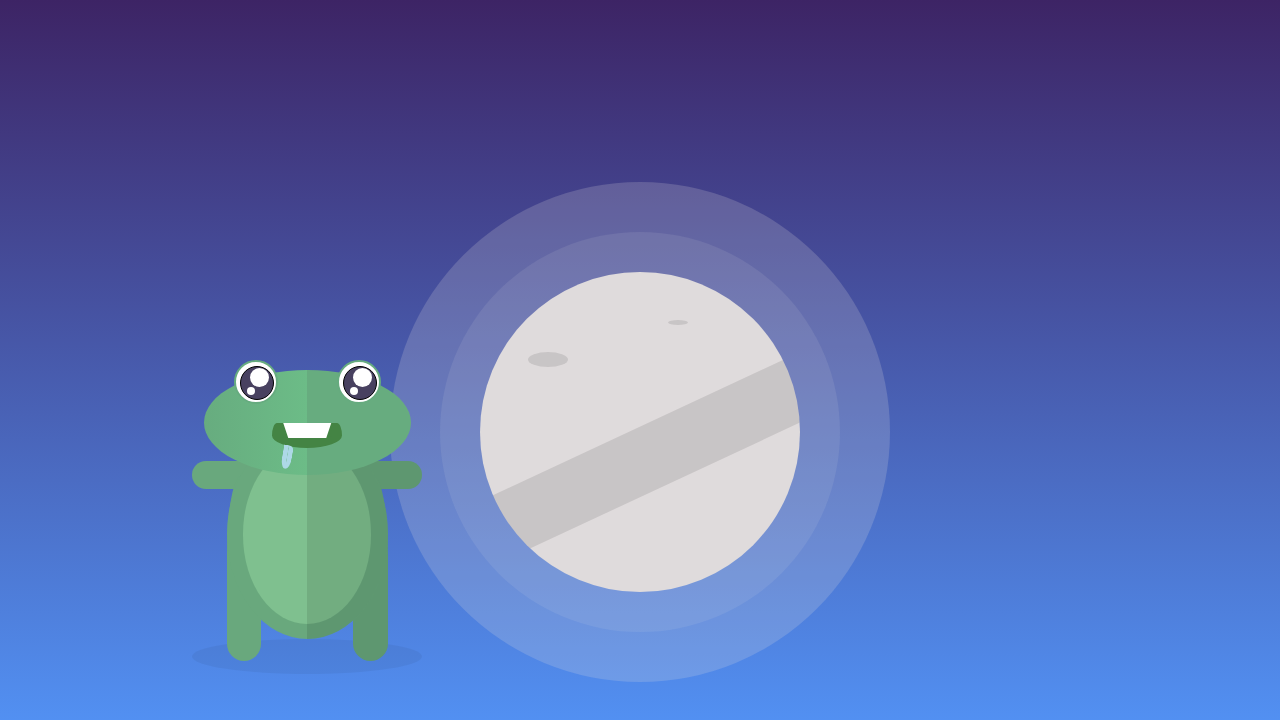
Repository: celinakhalife/cssCharacterDesign
Page: /
These files come from the project's save history. The page is drawn as it stood at one moment and after the next save; the edit follows.
The browser window is 1280 px wide. The pictures show the whole page.
The project was rebuilt for these pictures with package versions that can differ from the ones it lists, and the page was loaded fresh each time. Also part of the build but not shown: angular.json.

Above is the page before, as saved 2018-10-21 13:20:31.

After the next save:
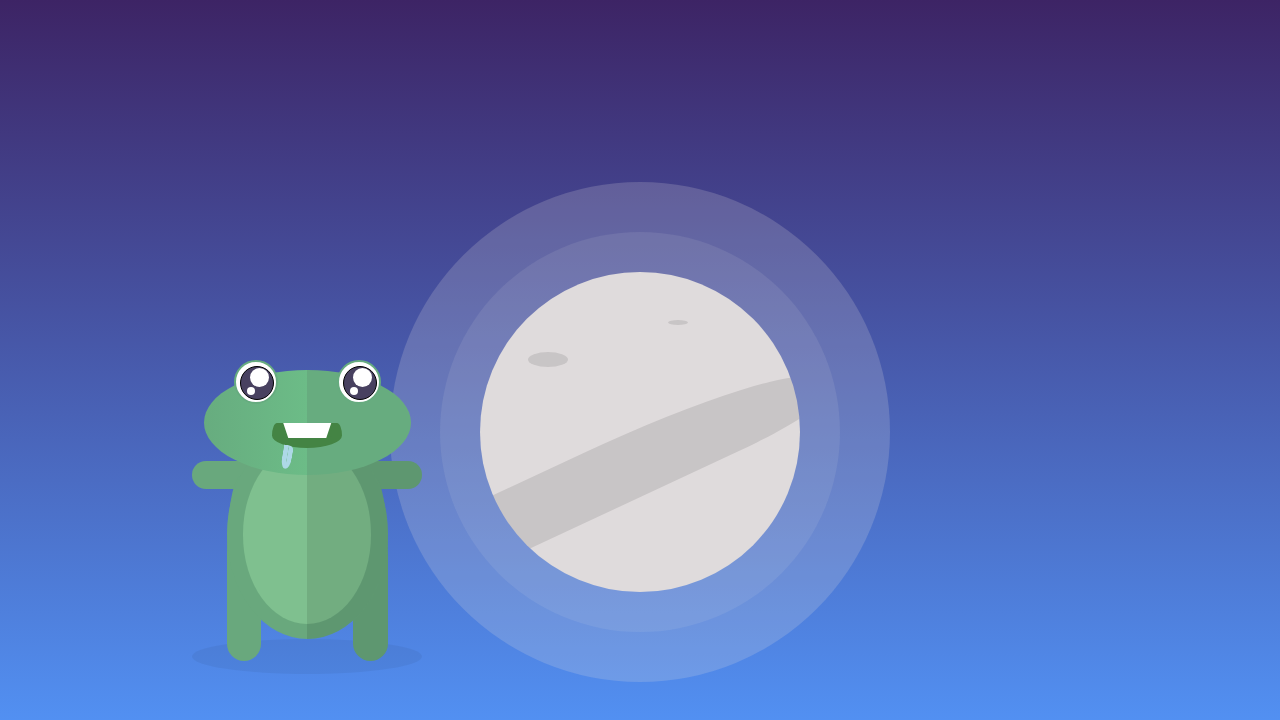
Saved 34 s later.
--- a/src/app/app.component.scss
+++ b/src/app/app.component.scss
@@ -76,6 +76,9 @@
           top: 25%;
           transform: rotate(65deg);
           transform-origin: 0 0;
+          border-width: 10px 5px 10px 1px;
+          border-color: rgba(0, 0, 0, 0.1);
+          border-radius: 50% 20% 30% 10%;
         }
       }
     }
